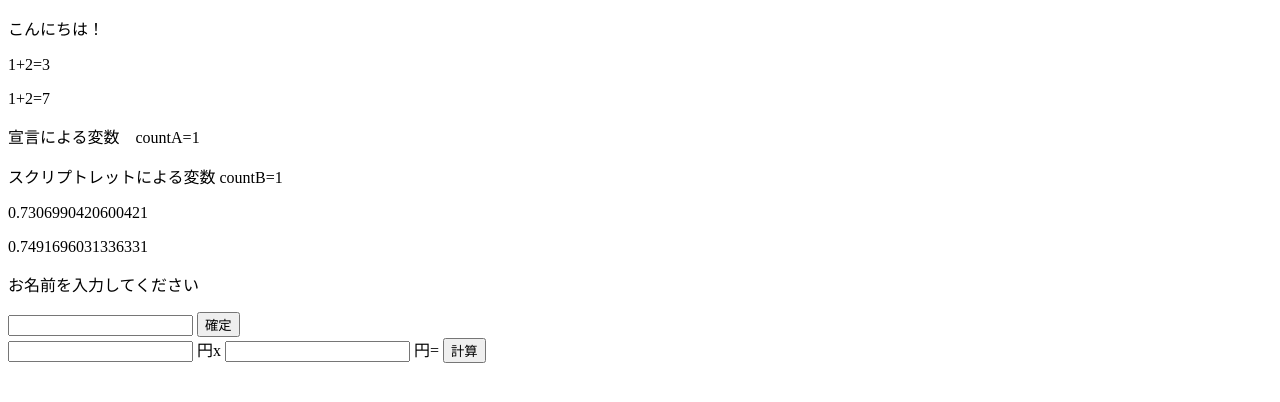
Repository: takano-yoko/test
Page: http://localhost/HelloJSP/
The author's editor kept a copy of each file at every save. The page is drawn from the files as they stood at one save, then again after a run of saves.
The browser window is 1280 px wide. The pictures show the whole page.
The page is served by Tomcat 9.

Above is the page before, as saved 2019-03-06 11:09:17.

After the next 5 saves:
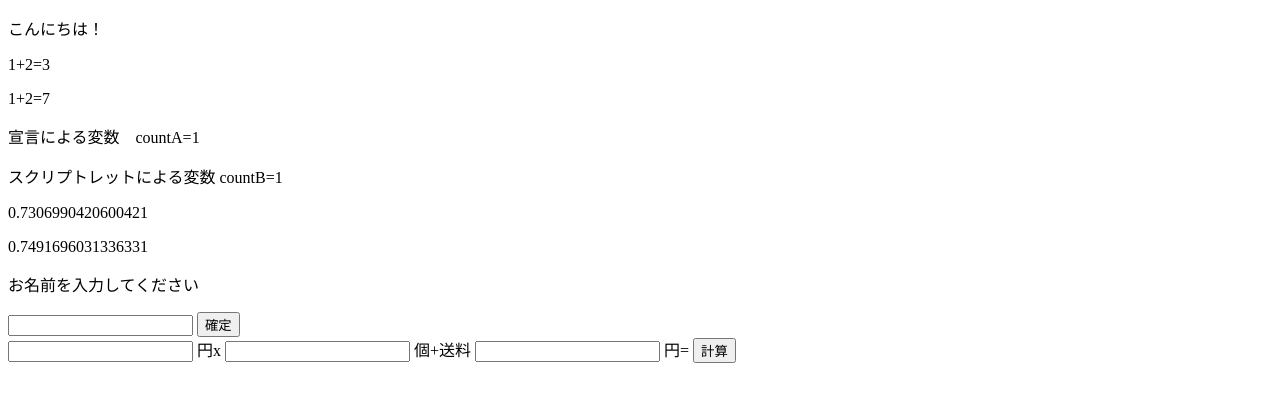
The 5 saves are shown as one change because 4 did not build or start.
The last was saved 30 min 20 s later.
--- a/HelloJSP/WebContent/index.jsp
+++ b/HelloJSP/WebContent/index.jsp
@@ -38,6 +38,8 @@ countB++;
 <form method="post" action="total-out.jsp">
 <input type="text" name="price">
 円x
+<input type="text" name="count">
+個+送料
 <input type="text" name="delivery">
 円=
 <input type="submit" value="計算">
